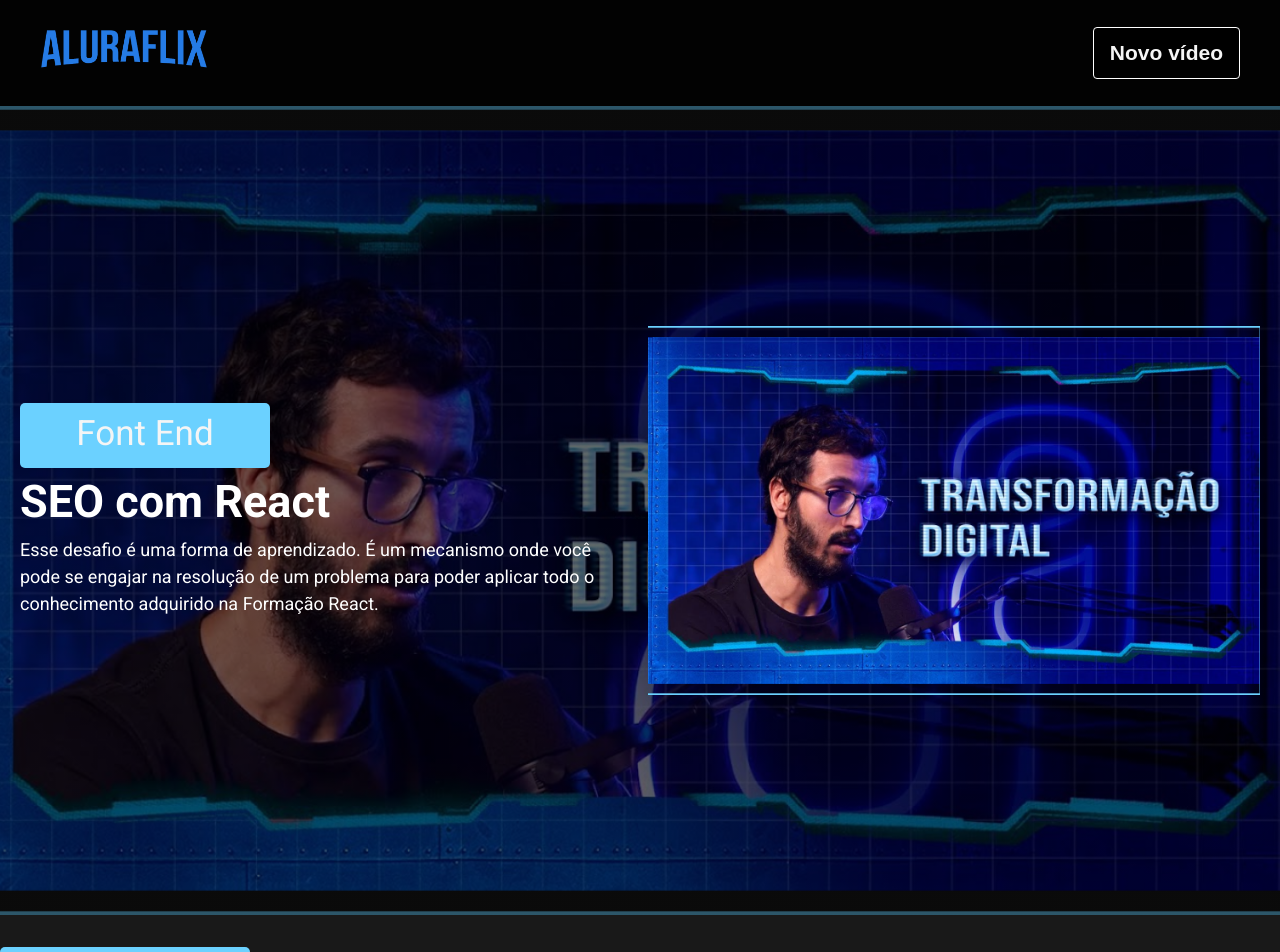
Repository: CarlosEduardoVdeOliveira/aluraflix
Page: /
An editor plug-in stored every save of this project. The page is shown before and after the next save, followed by the edit.
The browser window is 1280 px wide. The pictures show the part of the page from y = 0 to 952 px (the page is 3438 px tall).
The project was rebuilt for these pictures with package versions that can differ from the ones it lists, and the page was loaded fresh each time. Also part of the build but not shown: vite.config.js, src/components/Input/Input.module.css, src/components/Input/index.jsx, src/components/TextArea/TextArea.module.css, src/components/TextArea/index.jsx, src/pages/RegisterVideo/Register.module.css, src/pages/RegisterVideo/index.jsx, src/components/Table/Table.module.css and 3 more.

Above is the page before, as saved 2023-09-26 10:34:39.

After the next save:
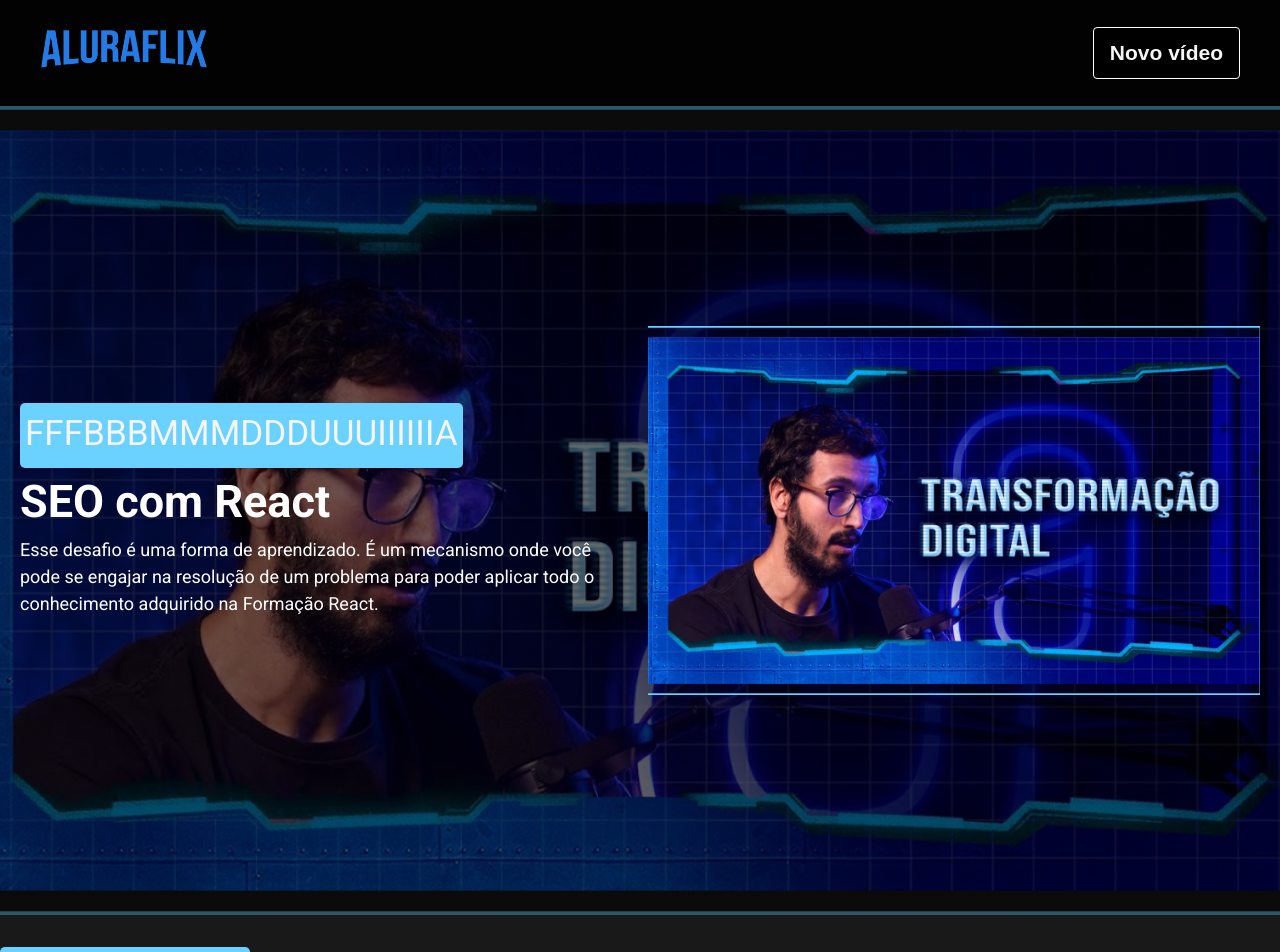
Saved 4 min 2 s later.
--- a/src/components/Banner/index.jsx
+++ b/src/components/Banner/index.jsx
@@ -2,6 +2,7 @@
 import styles from './Banner.module.css'
 import bannerImage from '../../../public/banner.png'
 import {TitleCategory} from '../TitleCategory';
+import {videos} from '../../json/db.json'
 
 export const Banner = ({banner}) => {
   return(
@@ -14,7 +15,7 @@ export const Banner = ({banner}) => {
               bgColor="#6BD1FF"
               color="#f5f5f5"
             >
-              Font End
+             {videos.map(video=> video.category[0])}
             </TitleCategory>
             <h5 >
               SEO com React
